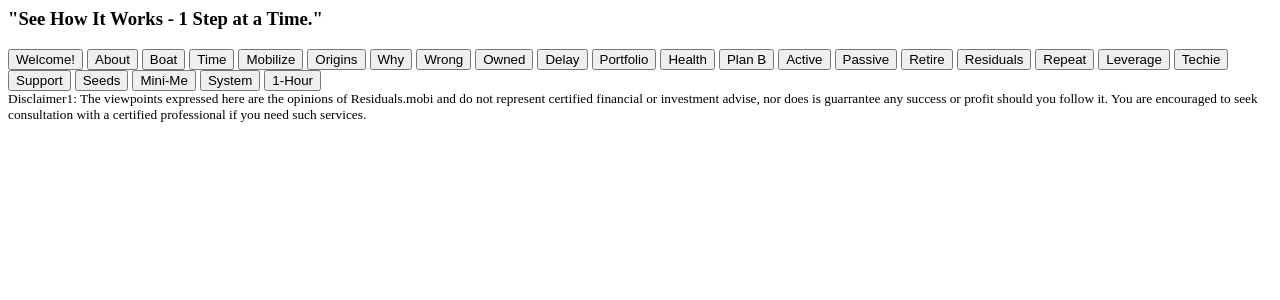
Repository: DevZubair/Danh-App
Page: www/templates/stepping-stones.html
The author's editor kept a record of every edit. The page is drawn from the files as they stood at one moment, then again after the next edit.
The browser window is 1280 px wide. The pictures show the whole page.

Above is the page before.

### www/templates/stepping-stones.html
<ion-view view-title="Stepping Stones:">
  <ion-content>



    <div class="intro"><h3>"See How It Works - 1 Step at a Time."</h3></div>


       <ion-scroll direction="x" scrollbar-x="false" class="wide-as-needed">



      <div style="display:inline" ng-click='changeTest()'>


      <button id="stepsWelcome" class="button button-balanced" ui-sref="members.steps.stepsWelcome" ng-disabled="!memberLockedPages.stepsWelcome">Welcome!</button>
      <button id="stepsAbout" ng-class="!memberLockedPages.stepsAbout ? 'button {{buttonClass}}' : 'button button-balanced'" ui-sref="members.steps.stepsAbout" ng-disabled="!memberLockedPages.stepsAbout">About</button>
      <button id="stepsBoat" ng-class="!memberLockedPages.stepsBoat ? 'button {{buttonClass}}' : 'button button-balanced'" ui-sref="members.steps.stepsBoat" ng-disabled="!memberLockedPages.stepsBoat">Boat</button>
      <button id="stepsTime" ng-class="!memberLockedPages.stepsTime ? 'button {{buttonClass}}' : 'button button-balanced'" ui-sref="members.steps.stepsTime" ng-disabled="!memberLockedPages.stepsTime">Time</button>
      <button id="stepsMobilize" ng-class="!memberLockedPages.stepsMobilize ? 'button {{buttonClass}}' : 'button button-balanced'" ui-sref="members.steps.stepsMobilize" ng-disabled="!memberLockedPages.stepsMobilize">Mobilize</button>
      <button id="stepsOrigins" ng-class="!memberLockedPages.stepsOrigins ? 'button {{buttonClass}}' : 'button button-balanced'" ui-sref="members.steps.stepsOrigins" ng-disabled="!memberLockedPages.stepsOrigins">Origins</button>
      <button id="stepsWhy" ng-class="!memberLockedPages.stepsWhy ? 'button {{buttonClass}}' : 'button button-balanced'" ui-sref="members.steps.stepsWhyy" ng-disabled="!memberLockedPages.stepsWhy">Why</button>
      <button id="stepsWrong" ng-class="!memberLockedPages.stepsWrong ? 'button {{buttonClass}}' : 'button button-balanced'" ui-sref="members.steps.stepsWrong" ng-disabled="!memberLockedPages.stepsWrong">Wrong</button>
      <button id="stepsOwned" ng-class="!memberLockedPages.stepsOwned ? 'button {{buttonClass}}' : 'button button-balanced'" ui-sref="members.steps.stepsOwned" ng-disabled="!memberLockedPages.stepsOwned">Owned</button>
      <button id="stepsDelay" ng-class="!memberLockedPages.stepsDelay ? 'button {{buttonClass}}' : 'button button-balanced'" ui-sref="members.steps.stepsDelay" ng-disabled="!memberLockedPages.stepsDelay">Delay</button>
      <button id="stepsPortfoolio" ng-class="!memberLockedPages.stepsPortfoolio ? 'button {{buttonClass}}' : 'button button-balanced'" ui-sref="members.steps.stepsPortfoolio" ng-disabled="!memberLockedPages.stepsPortfoolio">Portfolio</button>
      <button id="stepsHealth" ng-class="!memberLockedPages.stepsHealth ? 'button {{buttonClass}}' : 'button button-balanced'" ui-sref="members.steps.stepsHealth" ng-disabled="!memberLockedPages.stepsHealth">Health</button>
      <button id="stepsPlanB" ng-class="!memberLockedPages.stepsPlanB ? 'button {{buttonClass}}' : 'button button-balanced'" ui-sref="members.steps.stepsPlanB" ng-disabled="!memberLockedPages.stepsPlanB">Plan B</button>
      <button id="stepsActive" ng-class="!memberLockedPages.stepsActive ? 'button {{buttonClass}}' : 'button button-balanced'" ui-sref="members.steps.stepsActive" ng-disabled="!memberLockedPages.stepsActive">Active</button>
      <button id="stepsPassive" ng-class="!memberLockedPages.stepsPassive ? 'button {{buttonClass}}' : 'button button-balanced'" ui-sref="members.steps.stepsPassive" ng-disabled="!memberLockedPages.stepsPassive">Passive</button>
      <button id="stepsRetire" ng-class="!memberLockedPages.stepsRetire ? 'button {{buttonClass}}' : 'button button-balanced'" ui-sref="members.steps.stepsRetire" ng-disabled="!memberLockedPages.stepsRetire">Retire</button>
      <button id="stepsResiduals" ng-class="!memberLockedPages.stepsResiduals ? 'button {{buttonClass}}' : 'button button-balanced'" ui-sref="members.steps.stepsResiduals" ng-disabled="!memberLockedPages.stepsResiduals">Residuals</button>
      <button id="stepsRepeat" ng-class="!memberLockedPages.stepsRepeat ? 'button {{buttonClass}}' : 'button button-balanced'" ui-sref="members.steps.stepsRepeat" ng-disabled="!memberLockedPages.stepsRepeat">Repeat</button>
      <button id="stepsLeverage" ng-class="!memberLockedPages.stepsLeverage ? 'button {{buttonClass}}' : 'button button-balanced'" ui-sref="members.steps.stepsLeverage" ng-disabled="!memberLockedPages.stepsLeverage">Leverage</button>
      <button id="stepsTechie" ng-class="!memberLockedPages.stepsTechie ? 'button {{buttonClass}}' : 'button button-balanced'" ui-sref="members.steps.stepsTechie" ng-disabled="!memberLockedPages.stepsTechie">Techie</button>
      <button id="stepsSupport" ng-class="!memberLockedPages.stepsSupport ? 'button {{buttonClass}}' : 'button button-balanced'" ui-sref="members.steps.stepsSupport" ng-disabled="!memberLockedPages.stepsSupport">Support</button>
      <button id="stepsSeeds" ng-class="!memberLockedPages.stepsSeeds ? 'button {{buttonClass}}' : 'button button-balanced'" ui-sref="members.steps.stepsSeeds" ng-disabled="!memberLockedPages.stepsSeeds">Seeds</button>
      <button id="stepsMiniMe" ng-class="!memberLockedPages.stepsMiniMe ? 'button {{buttonClass}}' : 'button button-balanced'" ui-sref="members.steps.stepsMiniMe" ng-disabled="!memberLockedPages.stepsMiniMe">Mini-Me</button>
      <button id="stepsSystem" ng-class="!memberLockedPages.stepsSystem ? 'button {{buttonClass}}' : 'button button-balanced'" ui-sref="members.steps.stepsSystem" ng-disabled="!memberLockedPages.stepsSystem">System</button>
      <button id="steps1Hour" ng-class="!memberLockedPages.steps1Hour ? 'button {{buttonClass}}' : 'button button-balanced'" ui-sref="members.steps.steps1Hour" ng-disabled="!memberLockedPages.steps1Hour">1-Hour</button>
        </div>


     </ion-scroll>

      <ion-nav-view name="steps-view"></ion-nav-view>

      <div class="padding" ng-show="showDisclaimer">
        <small style="text-align:center">Disclaimer1: The viewpoints expressed here are the opinions of Residuals.mobi and do not represent certified financial or investment advise, nor does is guarrantee any success or profit should you follow it.  You are encouraged to seek consultation with a certified professional if you need such services.</small>
      </div>

 </ion-content>

</ion-view>

After the next edit:
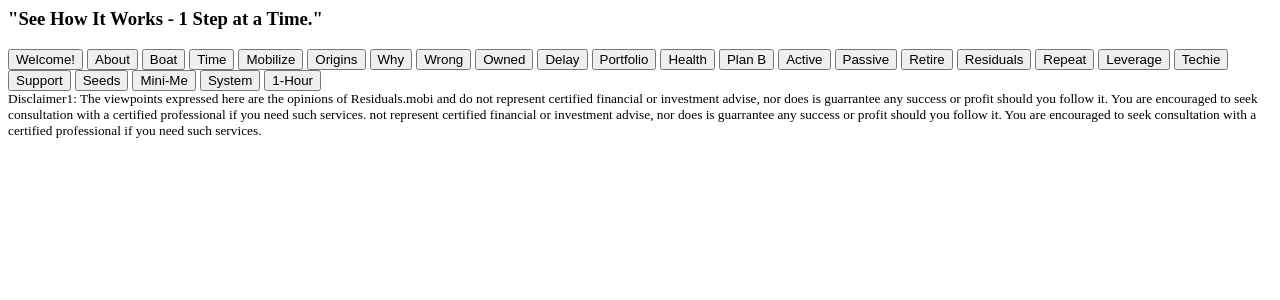
The edit:
--- a/www/templates/stepping-stones.html
+++ b/www/templates/stepping-stones.html
@@ -46,7 +46,15 @@
       <ion-nav-view name="steps-view"></ion-nav-view>
 
       <div class="padding" ng-show="showDisclaimer">
-        <small style="text-align:center">Disclaimer1: The viewpoints expressed here are the opinions of Residuals.mobi and do not represent certified financial or investment advise, nor does is guarrantee any success or profit should you follow it.  You are encouraged to seek consultation with a certified professional if you need such services.</small>
+        <small style="text-align:center">Disclaimer1: The viewpoints expressed here are the opinions of Residuals.mobi and do
+        not represent certified financial or investment advise, nor does is guarrantee any success or profit should you follow it.
+        You are encouraged to seek consultation with a certified professional if you need such services.
+
+           not represent certified financial or investment advise, nor does is guarrantee any success or profit should you follow it.
+        You are encouraged to seek consultation with a certified professional if you need such services.
+
+
+        </small>
       </div>
 
  </ion-content>

After the 3 edits that followed:
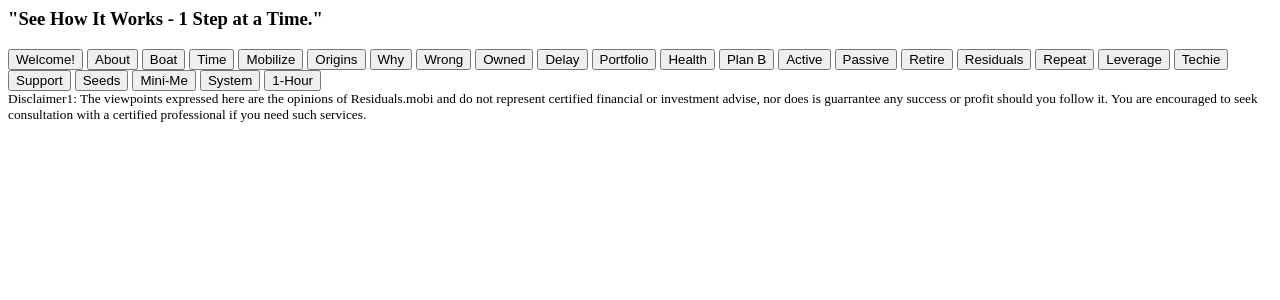
The 3 edits are shown as one change because 2 left the picture as it was.
The edit:
--- a/www/templates/stepping-stones.html
+++ b/www/templates/stepping-stones.html
@@ -43,15 +43,13 @@
 
      </ion-scroll>
 
-      <ion-nav-view name="steps-view"></ion-nav-view>
+      <ion-nav-view name="steps-view" style="height:100vh"></ion-nav-view>
 
-      <div class="padding" ng-show="showDisclaimer">
+      <div class="padding" ng-if="showDisclaimer">
         <small style="text-align:center">Disclaimer1: The viewpoints expressed here are the opinions of Residuals.mobi and do
         not represent certified financial or investment advise, nor does is guarrantee any success or profit should you follow it.
         You are encouraged to seek consultation with a certified professional if you need such services.
 
-           not represent certified financial or investment advise, nor does is guarrantee any success or profit should you follow it.
-        You are encouraged to seek consultation with a certified professional if you need such services.
 
 
         </small>
